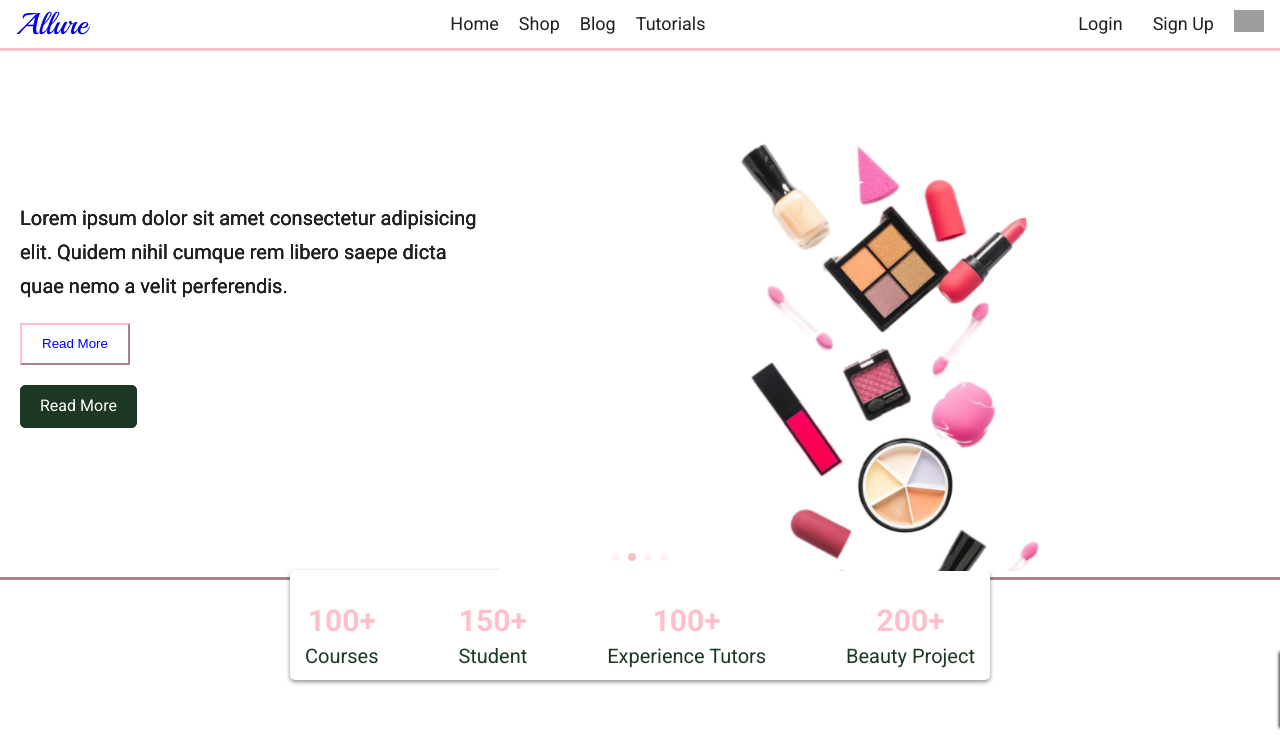
Repository: Benedict-Anthony/Allure-E-commerce-React-Js
Page: /
An editor plug-in stored every save of this project. The page is shown before and after the next save, followed by the edit.
The browser window is 1280 px wide. The pictures show the whole page.
Pictures or frames that could not be fetched are drawn as grey boxes. The page's requests for data from a server got no answer. The project was rebuilt for these pictures with package versions that can differ from the ones it lists, and the page was loaded fresh each time. No one was signed in, and anything a server would have sent is missing. Also part of the build but not shown: src/App.css, src/css/courses.css, src/shared/Course.tsx, src/shared/Product.tsx, src/pages/Shop.tsx, src/pages/Tutorials.tsx, src/pages/ProductDetail.tsx, src/components/CourseDetails.tsx and 15 more.

Above is the page before, as saved 2023-01-28 05:41:07.

### src/index.css
@import url('https://fonts.googleapis.com/css2?family=Great+Vibes&family=Playball&family=Roboto:wght@300;400;700&display=swap');


:root {
  --primary-color: pink;
  --secondary-color: #1c3825;
  --text-color: #1f2021;
  --basic: #fff;
  --fontSize: 18px;

}


*,
*::after,
*::before {
  padding: 0;
  margin: 0;
  box-sizing: border-box;
  line-height: 1.4em;
  transition: all .3s linear;
  list-style: none;
  text-decoration: none;
}

html {
  scroll-behavior: smooth;
}

body {
  width: 100%;
  background-color: var(--basic);
  color: var(--text-color);
  font-family: 'Roboto', sans-serif;
}

.container {
  padding: 0 1rem;
  overflow: hidden;
  height: auto;
}

.button {
  display: inline-block;
  padding: 10px 20px;
  color: var(--basic);
  margin-top: 20px;
  background-color: var(--secondary-color);
  border: 2px solid var(--fontSize);
  border-radius: 6px;
}

.flex {
  display: flex;
  justify-content: space-between;
  align-items: center;
}

.flex-center {
  justify-content: center;
}

.flex-row {
  flex-direction: column;
}


.swiper {
  width: 100%;
  height: 100%;
}

.swiper-slide {
  text-align: center;
}


.grid {
  display: grid;
  grid-template-columns: repeat(auto-fit, minmax(12rem, 2fr));
  justify-content: space-between;
  align-items: flex-start;
  gap: 20px;
}


.btn {
  display: inline-block;
  background-color: var(--text-color);
  color: var(--basic);
  font-size: 16px;
  font-family: inherit;
  margin-top: 10px;
  border: 1px solid var(--basic);
  padding: 10px 20px;
  border-radius: 8px;
}

.section {
  margin-top: 20px;
}

.togglebar,
.close {
  display: none;
}

.wrapper {
  max-width: 960px;
  margin: 0 auto;
}

.strike {
  text-decoration: line-through;
  color: var(--secondary-color);
  font-size: 10px;
}




@media(max-width:1024px) {
  /* .grid {
    grid-template-columns: repeat(3, 1fr);
  } */
}


@media(max-width:768px) {

  .container {
    padding: 0 1.3rem;
    overflow: hidden;
    height: auto;
  }

  /* .flex {
    flex-direction: column;
  } */

  /* .grid {
    grid-template-columns: repeat(2, 1fr);
  } */


  /* .togglebar,
  .close {
    display: block;
  } */
}

@media(max-width:500px) {


  .grid {
    grid-template-columns: 1fr 1fr;
  }
}

### src/App.tsx
import React from 'react';
import './App.css';
import { BrowserRouter, Routes, Route } from "react-router-dom"
import { ProductProvider } from './contexts/ProductContext';


import Home from './pages/Home';
import Shop from './pages/Shop';
import Header from './components/Header';
import { LessonProvider } from './contexts/LessonContext';
import Tutorials from './pages/Tutorials';
import ProductDetail from './pages/ProductDetail';
import CourseDetail from './pages/CourseDetail';
import Login from './pages/Login';
import SignIn from './pages/SignIn';
import Account from './pages/Account';
import ButtonNav from './components/ButtonNav';

function App() {
  return (
    <BrowserRouter>
      <LessonProvider>
        <ProductProvider>
          <Header />
          <Routes>
            <Route path={"/"} element={<Home />} />
            <Route path='/login' element={<Login />} />
            <Route path='/sign-in' element={<SignIn />} />
            <Route path='/account' element={<Account />} />
            <Route path={"/shop"} element={<Shop />} />
            <Route path={"/tutorials"} element={<Tutorials />} />
            <Route path={"/product/:slug"} element={<ProductDetail />} />
            <Route path={"/course/:slug"} element={<CourseDetail />} />
          </Routes>
          <ButtonNav />
        </ProductProvider>
      </LessonProvider>
    </BrowserRouter>
  );
}

export default App;

### src/contexts/ProductContext.tsx
import React from "react"
import { createContext,  useReducer, useEffect } from 'react';
import { childrenProps, ProductContextInterface } from "../types/contextTypes"
import { initialProductInterface } from "../types/reducerTypes"
import { productReducer } from "../reducers/productReducers";
import getData from "../utils/fetchFunc";
import { ProductType } from "../reducers/productReducers";
import { LessonType } from "../reducers/lessonReducer";


const ProductContext = createContext({} as ProductContextInterface)

export const ProductProvider = ({ children }: childrenProps) => {
    const initialState: initialProductInterface = {
        products: [],
        lessonAssets:[],
        product:{},
        isFetching: true,
        rltd:[]
    }
    const [state, dispatch] = useReducer(productReducer, initialState)
    const fetchProductData = async () => {
        const data = await getData("products")
        dispatch({type:ProductType.LOAD_PRODUCTS, payload:data})
    }

    const getSingleProduct = async (slug:number | string | undefined) => {
        const data = await getData("products", slug)
        const rltdData = await getData(`products/${slug}/category`)
        dispatch({type:ProductType.LOAD_PRODUCT_DETAIL, payload:data, others:rltdData})
    }

   const getLessonAssets = async (slug : string | undefined) => {
       const data = await getData(`lessons/${slug}/assets`)
       dispatch({type:LessonType.LOAD_LESSON_DETAIL_ASSETS, others:data})
   }

    useEffect(() => {
        fetchProductData()
    },[])
    return (

        <ProductContext.Provider value={{
            data: state,

            getSingleProduct,
            getLessonAssets,
        }}>
        {children}
    </ProductContext.Provider>
        )
}


export default ProductContext

### src/pages/Home.tsx
import React from 'react';
import Landing from '../components/Landing';
import Courses from '../components/Courses';
import Products from '../components/Products';
import { FC } from "react";


const Home:FC = () =>  {

return (
    <>
      <Landing />
      <Courses />
      <Products/>
    </>
  )
}

export default Home

### src/components/Header.tsx
import React, { useState } from 'react'
import { FaBars, FaTimes } from 'react-icons/fa'
import { Link } from 'react-router-dom'
import { Navigations } from '../scripts/topNavItems';
import cart from "../assets/cart.png";
import "../css/header.css"

const Header = () => {
  const [activeMenu, setActiveMenu] = useState(false)

  return (
    <header>
      <div className="container">
        <nav className="nav__items">
          <div className="logo">
            <Link to={"/"}>Allure</Link>
          </div>

          <ul className={`nav_links flex ${activeMenu && "active"} `}>
            {Navigations.map((item) => (
              <li key={item.id}>
                {item.page ? <Link to={`/${item.to}`}>{item.name}</Link> : <a href={`#${item.to}`}>{item.name}</a>}
              </li>
            ))}
            <FaTimes className="close" onClick={() => setActiveMenu(false)} />
          </ul>

          <ul className="nav_icons">

            <li><Link to={"login"}>Login</Link></li>
            <li><Link to={"sign-in"}>Sign Up</Link></li>
            <div className="cart">
              <img src={cart} alt="" />

            </div>
            <FaBars className="togglebar" onClick={() => setActiveMenu(true)} />
          </ul>
        </nav>
      </div>
    </header>
  )
}

export default Header

### src/contexts/LessonContext.tsx
import { createContext, useEffect, useReducer } from "react";
import lessonReducer from "../reducers/lessonReducer";
import { initialLessonInterface } from '../types/reducerTypes';
import { childrenProps, LessonContextInterface } from '../types/contextTypes';
import getData from "../utils/fetchFunc";
import { LessonType } from '../reducers/lessonReducer';
const LessonContext = createContext({} as LessonContextInterface)

export const LessonProvider = ({ children }: childrenProps) => {
    const initialState:initialLessonInterface = {
        lessons:[],
        count: 0,
        lesson:{}
    }

    const [state, dispatch] = useReducer(lessonReducer, initialState)

    async function fetchLessonData() {
        const data = await getData("lessons")
        dispatch({type:LessonType.LOAD_LESSONS, payload:data})
    }

    const getLessonDetails = async (slug:string |undefined) => {
        const data = await getData(`lessons/${slug}`)
        dispatch({ type:LessonType.LOAD_LESSON_DETAIL, payload:data})
    }

    useEffect(() => {
      fetchLessonData()
    },[])
    return (
        <LessonContext.Provider value={{
            data:state,
            getLessonDetails
            }}>
            {children}
        </LessonContext.Provider>
    )
}

export default LessonContext

### src/components/ButtonNav.tsx
import React from 'react'
import { AiOutlineHome, AiOutlineUser } from "react-icons/ai"
import { BiShoppingBag, BiLogIn } from "react-icons/bi"
import { MdOutlinePlayLesson } from "react-icons/md"
import { GrBlog } from "react-icons/gr"
import { Link } from 'react-router-dom'




const ButtonNav = () => {
    return (
        <nav className="nav__bottom">
            <ul>
                <li><Link to={"/"}><AiOutlineHome /></Link></li>
                <li><Link to={"/shop"}><BiShoppingBag /></Link></li>
                <li><Link to={"/tutorials"}><MdOutlinePlayLesson /></Link></li>
                <li><Link to={"/blog"}><GrBlog /></Link></li>
                <li><Link to={"/account"}><AiOutlineUser /></Link></li>
            </ul>
        </nav>
    )
}

export default ButtonNav

### src/reducers/productReducers.tsx
import { actionInterface, initialProductInterface } from "../types/reducerTypes";
import { LessonType } from "./lessonReducer";
export const ProductType = {
    LOAD_PRODUCTS: "LOAD_PRODUCTS",
    LOAD_PRODUCT_DETAIL:"LOAD_PRODUCT_DATAIL"
}
export const productReducer = (state:initialProductInterface, action:actionInterface) => {
    switch (action.type) {
        case ProductType.LOAD_PRODUCTS:
            return {
                ...state,
                products: action.payload,
                isFetching:false,
            }
        case ProductType.LOAD_PRODUCT_DETAIL:
            return {
                ...state,
                product: action.payload,
                rltd:action.others
            }
        case LessonType.LOAD_LESSON_DETAIL_ASSETS:
            return {
                ...state,
                lessonAssets:action.others
            }
        default:
            return state
    }
}

### src/utils/fetchFunc.tsx
const getData = async (endpoint: string, slug?: number | string | null) => {
    if (slug) {
        const response = await fetch(`http://127.0.0.1:8000/api/${endpoint}/${slug}`)
        const data = await response.json()
        return data
    } else {
        const response = await fetch(`http://127.0.0.1:8000/api/${endpoint}/`)
        const data = await response.json()
        return data
    }

}


export default getData

### src/reducers/lessonReducer.tsx
import { initialLessonInterface, actionInterface } from '../types/reducerTypes';

export const LessonType = {
    LOAD_LESSONS: "LOAD_LESSONS",
    LOAD_LESSON_DETAIL:"LOAD_DETAILS",
    LOAD_LESSON_DETAIL_ASSETS:"LOAD_LESSON_DETAIL_ASSETS"
}

const lessionReducer = (state:initialLessonInterface, action:actionInterface) => {
    switch (action.type) {
        case LessonType.LOAD_LESSONS:
            return {
                ...state,
                lessons:action.payload,
                count:1
            }
        case LessonType.LOAD_LESSON_DETAIL:
            return {
                ...state,
                lesson:action.payload
            }

        default:
            return state
    }
}


export default lessionReducer

### src/components/Landing.tsx
import React from 'react'
import { FC } from "react";
import Card from '../shared/Card';


import { Swiper, SwiperSlide } from "swiper/react";
import { EffectFade, Autoplay, Pagination, Navigation } from "swiper";
import "swiper/css";
import "swiper/css/pagination";
import "swiper/css/effect-fade";
import "swiper/css/navigation";


import { landing } from '../scripts/landing';
import { Courses } from '../scripts/topNavItems';

import "../css/landing.css";
import Button from '../shared/Button';
import { Link } from 'react-router-dom';


const Landing: FC = () => {

    return (
        <section className="landing" id="home">
            <main className="hero">
                <Swiper
                    loop={true}
                    // loopFillGroupWithBlank={true}
                    // pagination={{
                    //     clickable: true,
                    // }}
                    autoplay={{
                        delay: 5000,
                        disableOnInteraction: false
                    }}
                    spaceBetween={30}
                    effect={"fade"}
                    // navigation={true}
                    pagination={{
                        clickable: true,
                    }}
                    modules={[EffectFade, Navigation, Pagination, Autoplay]}
                    className="mySwiper">
                    {landing.map((item, index) => (
                        <SwiperSlide key={index}>
                            <div className="flex flex-center landing__page ">
                                <div className="landing__info">
                                    <p>{item.text}</p>
                                    <Button type='button'>
                                        <Link to={item.link}>Read More</Link>
                                    </Button>
                                    <a href={item.link} className="button">Read More</a>
                                </div>
                                <div className="landing__image">
                                    <img src={item.image} alt="" />
                                </div>

                            </div>
                        </SwiperSlide>
                    ))}
                </Swiper>
            </main>


            <div className="landing__courses">
                <Card>
                    <div className="landing__courses-count flex">
                        {Courses.map((item) => (
                            <div className="count" key={item.id}>
                                <h2>{item.count}+</h2>
                                <p>{item.name}</p>
                            </div>
                        ))}
                    </div>
                </Card>
            </div>

        </section>
    )
}




export default Landing

### src/components/Courses.tsx
import React, { useContext } from 'react'
import {FC} from "react"

// Import Swiper styles
import { Swiper, SwiperSlide } from "swiper/react";
import "swiper/css";
import "swiper/css/pagination";
import "swiper/css/navigation";
import { Pagination, Navigation } from "swiper";


import "../css/courses.css"

// import required modules


import LessonContext from '../contexts/LessonContext';
import Course from '../shared/Course';


const Courses:FC = () => {

  const {data :{lessons}} = useContext(LessonContext)
  return (
    <section className="container" id="courses">
      <main>
         <Swiper
        // slidesPerView={4}
        // spaceBetween={30}
        // slidesPerGroup={4}
        loop={true}
        loopFillGroupWithBlank={true}
        // pagination={{
        //   clickable: true,
        // }}
          navigation={true}
          breakpoints={{
             // when window width is >= 320px
              468: {
                slidesPerView: 1,
                spaceBetween: 20
              },
              568: {
                slidesPerView: 2,
                spaceBetween: 20
              },
              // when window width is >= 480px
              768: {
                slidesPerView: 3,
                spaceBetween: 30
              },
              // when window width is >= 640px
              978: {
                slidesPerView: 4,
                spaceBetween: 40
              }
        }}
        modules={[Pagination, Navigation]}
        className="mySwiper"
      >
          {lessons.slice(0,10).map((item) => (
            <SwiperSlide key={item.id}>
              <Course item={item} />
          </SwiperSlide>
        ))}
      </Swiper>
      </main>
    </section>
  )
}

export default Courses

### src/components/Products.tsx
import React from 'react';

import { Swiper, SwiperSlide } from "swiper/react";

// Import Swiper styles
import "swiper/css";
import "swiper/css/pagination";
import "swiper/css/navigation";

// import required modules
import { Pagination, Navigation } from "swiper";
import "../css/products.css";



import {useContext} from "react";
import ProductContext from "../contexts/ProductContext"
import Product from '../shared/Product';


const Products = () => {

  const { data:{products} } = useContext(ProductContext)
  return (
      <section className="container products" id="products">

<Swiper
        // slidesPerView={4}
        // spaceBetween={30}
        // slidesPerGroup={3}
        loop={true}
        loopFillGroupWithBlank={true}
        // pagination={{
        //   clickable: true,
        // }}
               breakpoints={{
             // when window width is >= 320px
              320: {
                slidesPerView: 1,
                spaceBetween: 20
              },
              568: {
                slidesPerView: 2,
                spaceBetween: 20
              },
              // when window width is >= 480px
              768: {
                slidesPerView: 3,
                spaceBetween: 30
              },
              // when window width is >= 640px
              978: {
                slidesPerView: 4,
                spaceBetween: 40
              }
        }}
        navigation={true}
        modules={[Pagination, Navigation]}
        className="mySwiper"
      >

               { products.length > 0 && products.slice(0,10).map((item) => (

                  <SwiperSlide key={item.id}>
                   <Product item={item} />
                </SwiperSlide>
        ))}

      </Swiper>
    </section>
  )
}

export default Products

### src/scripts/topNavItems.ts
export const Navigations = [
    {
        id: 1,
        name: "home",
        to: "",
        page: true,
    },
    // {
    //     id: 2,
    //     name: "courses",
    //     to: "courses",
    //     page: false,

    // },
    // {
    //     id: 3,
    //     name: "arrivals ",
    //     to: "products",
    //     page: false,

    // },
    {
        id: 4,
        name: "shop",
        to: "shop",
        page: true,
    },

    {
        id: 5,
        name: "blog",
        to: "blog",
        page: true,

    },
    {
        id: 6,
        name: "tutorials",
        to: "tutorials",
        page: true,


    },
]


export const Courses = [
    {
        id: 1,
        name: "courses",
        count: 100
    },

    {
        id: 2,
        name: "student",
        count: 150
    },

    {
        id: 3,
        name: "experience Tutors",
        count: 100
    },

    {
        id: 4,
        name: "beauty project",
        count: 200
    },
]

### src/shared/Button.tsx
import React from 'react'
import { ReactNode } from "react"

import "../css/button.css"
type ButtonProps = {
    children:ReactNode,
    type:"button" | "submit",
    hanldleOnclick?: () => void
}
const Button = ({children, type, hanldleOnclick}:ButtonProps) => {
  return (
    <button type={type} onClick={hanldleOnclick}> {children} </button>
  )
}

export default Button

### src/shared/Card.tsx
import React from 'react'
import {ReactNode,} from "react"

import "../css/card.css"

interface CardType {
    children:ReactNode
}


const Card = ({children}:CardType) => {
  return (
      <div className="card">
          {children}
    </div>
  )
}

export default Card

### src/scripts/landing.ts
export const landing = [
    {
        "text": "Lorem ipsum dolor sit amet consectetur adipisicing elit. Quidem nihil cumque rem libero saepe dicta quae nemo a velit perferendis.",
        "image": "./images/welcome.jpg",
        "link": "/"
    },

    {
        "text": "Lorem ipsum dolor sit amet consectetur adipisicing elit. Quidem nihil cumque rem libero saepe dicta quae nemo a velit perferendis.",
        "image": "./images/products.jpg",
        "link": "/"

    },

    {
        "text": "Lorem ipsum dolor sit amet consectetur adipisicing elit. Quidem nihil cumque rem libero saepe dicta quae nemo a velit perferendis.",
        "image": "./images/makeup.jpg",
        "link": "/"

    },
    {
        "text": "Lorem ipsum dolor sit amet consectetur adipisicing elit. Quidem nihil cumque rem libero saepe dicta quae nemo a velit perferendis.",
        "image": "./images/camera.jpg",
        "link": "/"

    }
]

### src/css/landing.css
/* LANDING HERO SECTION */


.hero {
    width: 100%;
    border-bottom: 3px outset var(--primary-color);
}


.hero .landing__info {
    width: 100%;
    max-width: 500px;
    text-align: left;
    padding: 10px 20px;
}

.hero .landing__info p {
    font-size: 20px;
    line-height: 1.7em;
}

.hero .landing__image {
    width: 100%;
    height: 100%;
}

.hero .landing__image img {
    width: 100%;
    height: 100%;
}





.landing__courses {
    width: 700px;
    margin: 0 auto;
    transform: translateY(-10px);
}

.landing__courses-count .count {
    display: flex;
    align-items: center;
    justify-content: center;
    flex-direction: column;
    padding-top: 20px;
}

.landing__courses-count .count h2 {
    color: var(--primary-color);
    font-size: 30px;
}

.landing__courses-count .count p {
    color: var(--secondary-color);
    font-size: 20px;
    text-transform: capitalize;
}

.hero .landing__page {
    flex-direction: row;
}

/*  */


@media(max-width:568px) {
    .hero .landing__page {
        flex-direction: column;
    }
}

### src/css/button.css
button {
    display: block;
    margin-top: 20px;
    padding: 10px 20px;
    color: var(--secondary-color);
    background-color: var(--basic);
    border: 2px outset var(--primary-color)
}

button:hover {
    transform: scale(.99);
    transition: .4s cubic-bezier(0.165, 0.84, 0.44, 1);
    cursor: pointer;
    /* z-index: 10; */
}

@media(max-width:700px) {
    button {
        width: 100%;
    }
}

### src/css/card.css
.card {
    padding: 10px 15px;
    border-radius: 5px;
    color: black;
    background-color: #fff;
    box-shadow: 0 2px 4px rgba(0, 0, 0, 0.44);
    /* width: 100%; */
}


.card__body {
    width: 200px;
    text-align: left;
    padding: 2px 10px;
    border-radius: 10px;
}


.card__body:hover {
    /* background-color: var(--primary-color); */
    cursor: pointer;
}

.card__body .card__img {
    width: 50%;
    /* height: 8rem; */
    margin: 0 auto;
    /* object-fit: cover; */
}

@media(max-width:600px) {
    .card {
        padding: 3px 5px;
    }
}

Loaded but not shown: public/index.html (common file); src/index.tsx (common file); src/css/products.css (242 lines, source omitted); src/css/header.css (144 lines, source omitted)

After the next save:
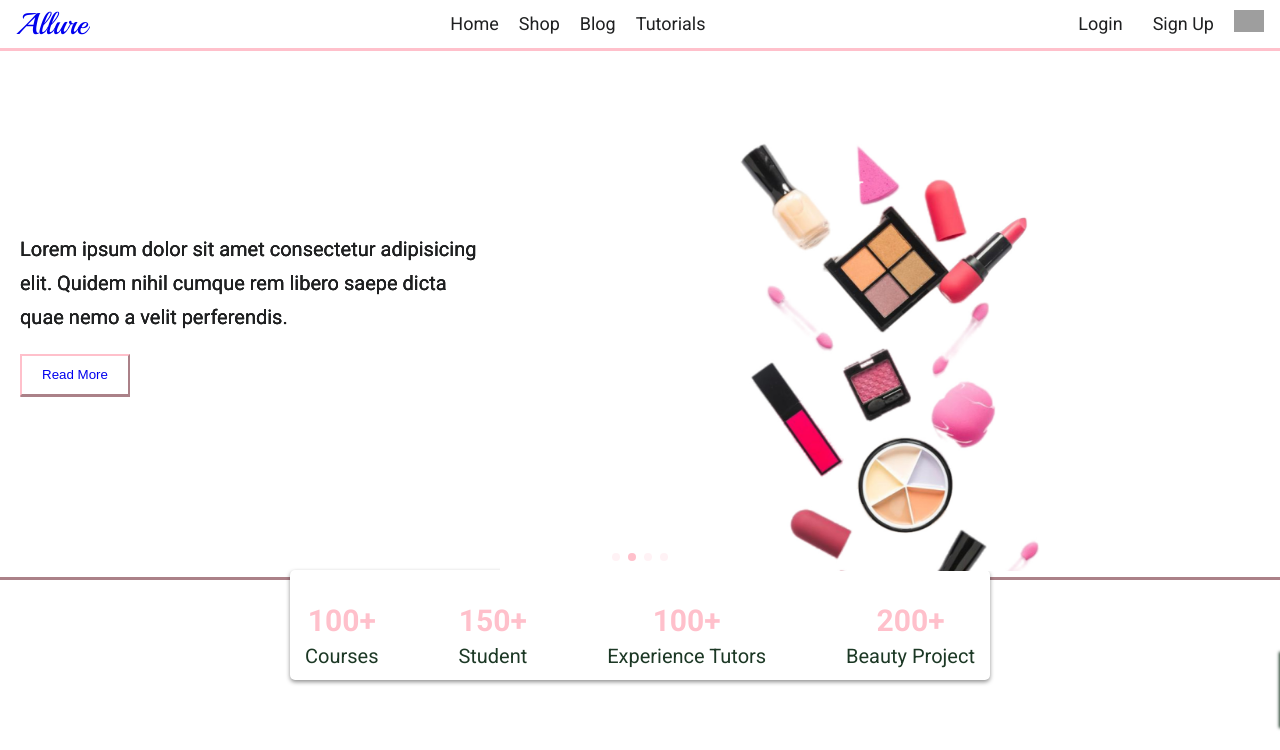
Saved 2 min 8 s later.
--- a/src/components/Landing.tsx
+++ b/src/components/Landing.tsx
@@ -50,7 +50,7 @@
                                     <Button type='button'>
                                         <Link to={item.link}>Read More</Link>
                                     </Button>
-                                    <a href={item.link} className="button">Read More</a>
+                                    {/* <a href={item.link} className="button">Read More</a> */}
                                 </div>
                                 <div className="landing__image">
                                     <img src={item.image} alt="" />
